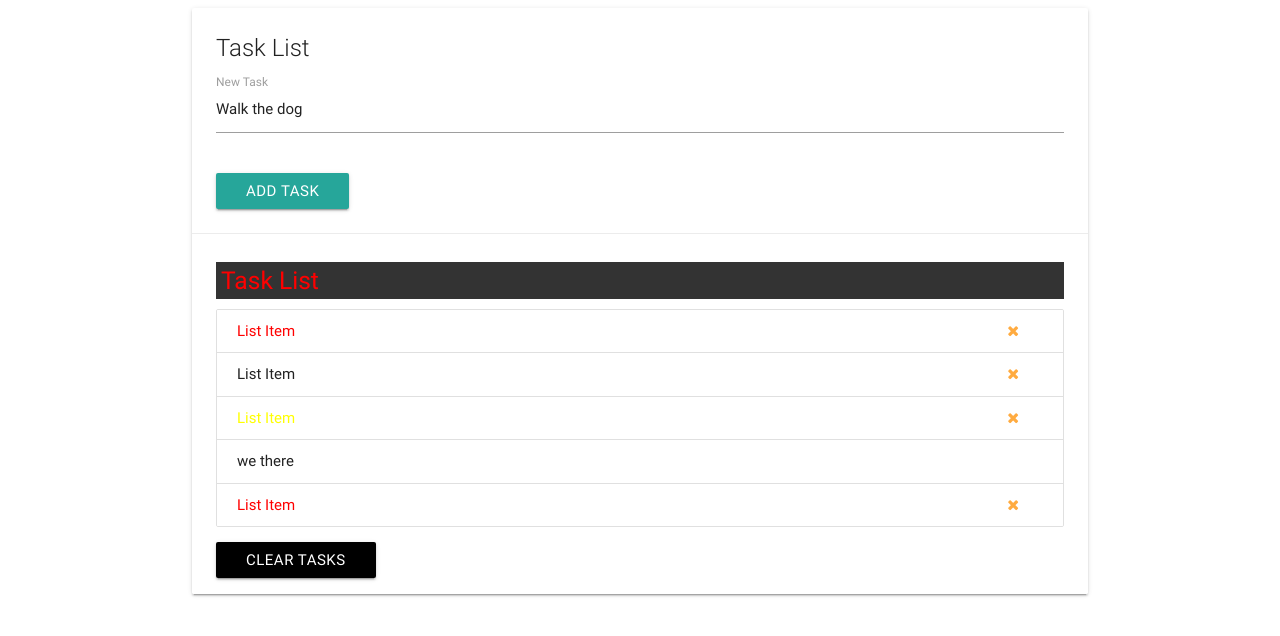
Repository: brianokanga/modern-javascript
Page: Section 3/index.html
An editor plug-in stored every save of this project. The page is shown before and after the next save, followed by the edit.
The browser window is 1280 px wide. The pictures show the whole page.
Some web libraries are served in a nearby version.

Above is the page before, as saved 2020-04-03 02:24:05.

### Section 3/index.html
<!DOCTYPE html>
<html lang="en">

<head>
  <meta charset="UTF-8">
  <meta name="viewport" content="width=device-width, initial-scale=1.0">
  <meta http-equiv="X-UA-Compatible" content="ie=edge">
  <link rel="stylesheet" href="https://cdnjs.cloudflare.com/ajax/libs/materialize/0.100.2/css/materialize.min.css">
  <link href="https://maxcdn.bootstrapcdn.com/font-awesome/4.7.0/css/font-awesome.min.css" rel="stylesheet" integrity="sha384-wvfXpqpZZVQGK6TAh5PVlGOfQNHSoD2xbE+QkPxCAFlNEevoEH3Sl0sibVcOQVnN"
    crossorigin="anonymous">
  <title>Task List</title>
</head>

<body>
  <div class="container">
    <div class="row">
      <div class="col s12">
        <div id="main" class="card">
          <div class="card-content">
            <span class="card-title">Task List</span>
            <div class="row">
              <form id="task-form">
                <div class="input-field col s12">
                  <input type="text" name="task" id="task" value="Walk the dog">
                  <label for="task">New Task</label>
                </div>
            </div>
            <input type="submit" value="Add Task" class="btn">
            </form>
          </div>
          <div class="card-action">
            <h5 id="task-title">Tasks</h5>
            <ul class="collection">
              <li class="collection-item">
                List Item
                <a href="#" class="delete-item secondary-content">
                  <i class="fa fa-remove"></i>
                </a>
              </li>
              <li class="collection-item">
                List Item
                <a href="#" class="delete-item secondary-content">
                  <i class="fa fa-remove"></i>
                </a>
              </li>
              <li class="collection-item">
                List Item
                <a href="#" class="delete-item secondary-content">
                  <i class="fa fa-remove"></i>
                </a>
              </li>
              <li class="collection-item">
                List Item
                <a href="#" class="delete-item secondary-content">
                  <i class="fa fa-remove"></i>
                </a>
              </li>
              <li class="collection-item">
                List Item
                <a href="#" class="delete-item secondary-content">
                  <i class="fa fa-remove"></i>
                </a>
              </li>
            </ul>
            <a class="clear-tasks btn black" href="">Clear Tasks</a>
          </div>
        </div>
      </div>
    </div>
  </div>
  <script src="https://code.jquery.com/jquery-3.2.1.js" integrity="sha256-DZAnKJ/6XZ9si04Hgrsxu/8s717jcIzLy3oi35EouyE=" crossorigin="anonymous"></script>
  <script src="https://cdnjs.cloudflare.com/ajax/libs/materialize/0.100.2/js/materialize.min.js"></script>
  <script src="app.js"></script>
</body>

</html>

### Section 3/app.js
let val ;
val = document;
val = document.all;
val = document.all[2];
val = document.all.length;
val = document.head;
val = document.body;
val = document.domain;
val = document.URL;
val = document.characterSet;
val = document.contentType;

val = document.forms;
val = document.forms[0];
val = document.forms[0].id;
val = document.forms[0].method;
val = document.forms[0].action;



val = document.links;
val = document.links[0];
val = document.links[0].id;
val = document.links[0].className;
val = document.links[0].classList[0];

val = document.images;

val = document.scripts;
val = document.scripts[2].getAttribute('src');


let scripts = document.scripts;

let scriptsArr = Array.from(scripts);

scriptsArr.forEach(function(script){
    console.log(scripts);
})

// console.log(val);

//JS SELECTORS

//1. getElementById
//console.log(document.getElementById('task-title'));
// console.log(document.getElementById('task-title').id);
// console.log(document.getElementById('task-title').className);

const taskTitle = document.getElementById('task-title');

//change styling
taskTitle.style.background = '#333';
taskTitle.style.color = '#fff';
taskTitle.style.padding = '5px';

// change the content
taskTitle.textContent = 'Task lists';
taskTitle.innerText = 'My Tasks';
taskTitle.innerHTML = '<span style="color: red">Task List</span>';

//2. Document.querySelector()
console.log(document.querySelector('#task-title'));
console.log(document.querySelector('.card-title'));

document.querySelector('li').style.color = 'red';
document.querySelector('li:last-child').style.color = 'red';
document.querySelector('li:nth-child(3)').style.color = 'yellow';
document.querySelector('li:nth-child(4)').textContent = 'we there';
document.querySelector('li:nth-child(odd)').style.background = 'ccc';

After the next save:
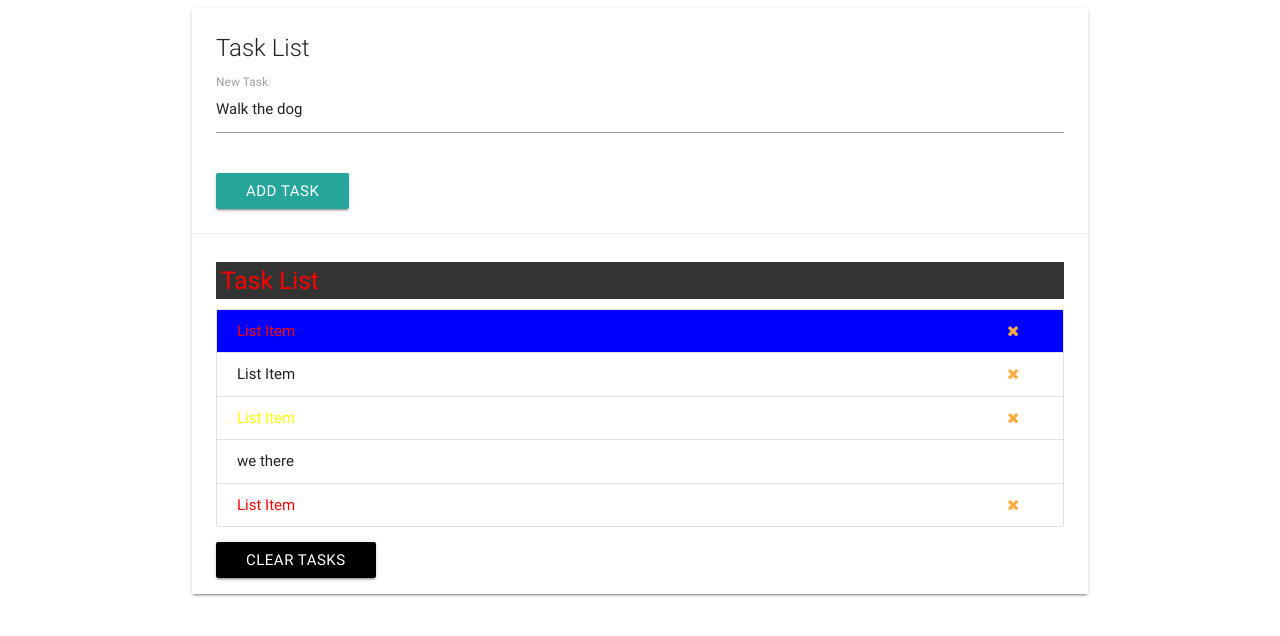
Saved 38 s later.
--- a/Section 3/app.js
+++ b/Section 3/app.js
@@ -67,4 +67,4 @@
 document.querySelector('li:last-child').style.color = 'red';
 document.querySelector('li:nth-child(3)').style.color = 'yellow';
 document.querySelector('li:nth-child(4)').textContent = 'we there';
-document.querySelector('li:nth-child(odd)').style.background = 'ccc';
+document.querySelector('li:nth-child(odd)').style.background = 'blue';

After the save that followed:
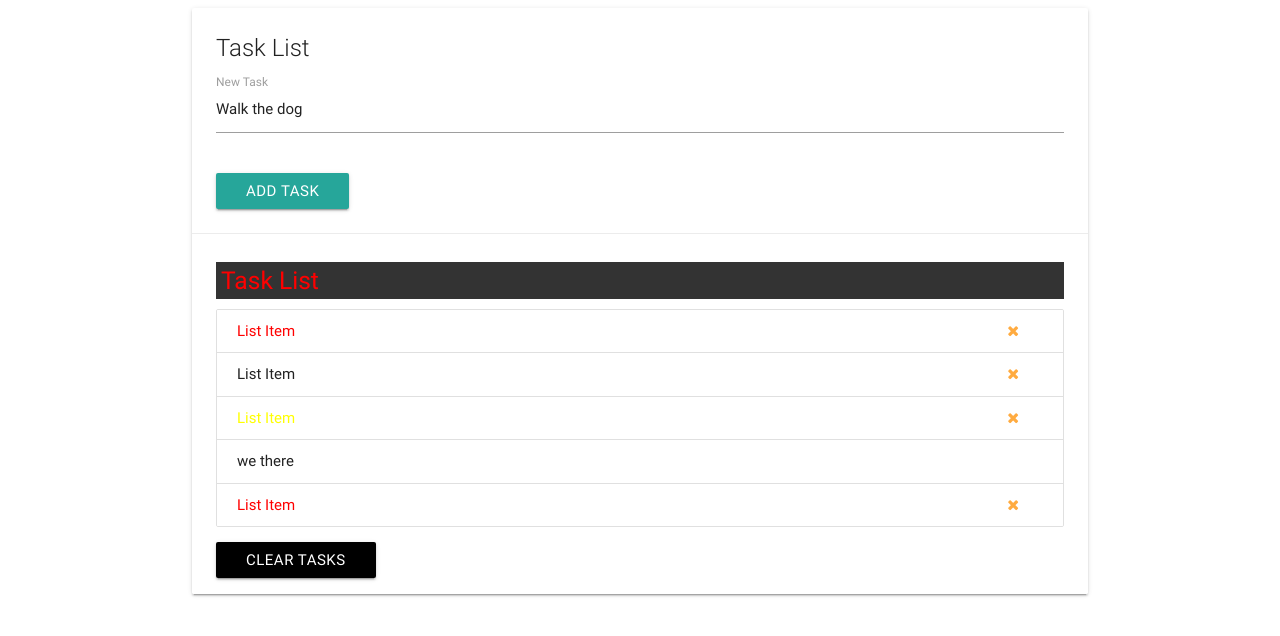
Saved 10 s later.
--- a/Section 3/app.js
+++ b/Section 3/app.js
@@ -67,4 +67,4 @@
 document.querySelector('li:last-child').style.color = 'red';
 document.querySelector('li:nth-child(3)').style.color = 'yellow';
 document.querySelector('li:nth-child(4)').textContent = 'we there';
-document.querySelector('li:nth-child(odd)').style.background = 'blue';
+document.querySelector('li:nth-child(odd)').style.background = 'ccc';
